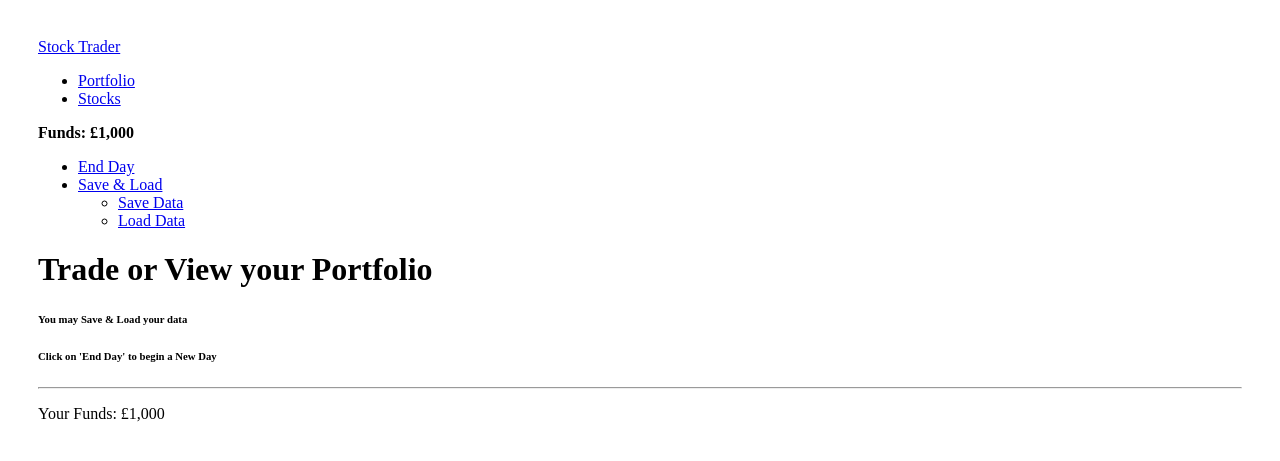
Repository: DaveBaulch/vue-course-stock-trader
Page: /
These files come from the project's save history. The page is drawn as it stood at one moment and after the next save; the edit follows.
The browser window is 1280 px wide. The pictures show the whole page.
The project was rebuilt for these pictures with package versions that can differ from the ones it lists, and the page was loaded fresh each time. Also part of the build but not shown: webpack.config.js, src/components/portfolio/Stock.vue, src/components/portfolio/Portfolio.vue, src/components/stocks/Stock.vue, src/components/stocks/Stocks.vue.

Above is the page before, as saved 2021-01-25 14:08:45.

### src/main.js
import Vue from 'vue';
import VueRouter from 'vue-router';
import App from './App.vue';
import { routes } from './routes';
import store from './store/store.js';

Vue.use(VueRouter);

Vue.filter('currency', (value) => {
  return '£' + value.toLocaleString();
});

const router = new VueRouter({
  mode: 'history',
  routes
});

new Vue({
  el: '#app',
  router,
  store,
  render: (h) => h(App)
});

### src/App.vue
<template>
  <div class="container">
    <app-header></app-header>
    <div class="row">
      <div class="col-xs-12">
        <transition name="slide" mode="out-in">
          <router-view></router-view>
        </transition>
      </div>
    </div>
  </div>
</template>

<script>
import Header from './components/Header.vue';
export default {
  components: {
    appHeader: Header
  },
  created() {
    this.$store.dispatch('initStocks');
  }
};
</script>

<style>
body {
  padding: 30px;
}

.slide-enter-active {
  animation: slide-in 200ms ease-out forwards;
}

.slide-leave-active {
  animation: slide-out 200ms ease-out forwards;
}

@keyframes slide-in {
  from {
    opacity: 0;
    transform: translateY(-30px);
  }
  to {
    opacity: 1;
    transform: translateY(0);
  }
}

@keyframes slide-out {
  from {
    opacity: 1;
    transform: translateY(0);
  }
  to {
    opacity: 0;
    transform: translateY(-30px);
  }
}
</style>

### src/routes.js
import Home from './components/Home.vue';
import Portfolio from './components/portfolio/Portfolio.vue';
import Stocks from './components/stocks/stocks.vue';

export const routes = [
  { path: '/', component: Home },
  { path: '/portfolio', component: Portfolio },
  { path: '/stocks', component: Stocks }
];

### src/store/store.js
import Vue from 'vue';
import Vuex from 'vuex';
import stocks from './modules/stocks.js';
import portfolio from './modules/portfolio.js';

Vue.use(Vuex);

const store = new Vuex.Store({
  modules: {
    stocks,
    portfolio
  }
});

export default store;

### src/components/Header.vue
<template>
  <nav class="navbar navbar-default">
    <div class="container-fluid">
      <div class="navbar-header">
        <router-link to="/" class="navbar-brand">Stock Trader</router-link>
      </div>

      <div class="collapse navbar-collapse">
        <ul class="nav navbar-nav">
          <router-link to="/portfolio" activeClass="active" tag="li"
            ><a>Portfolio</a></router-link
          >
          <router-link to="/stocks" activeClass="active" tag="li"
            ><a>Stocks</a></router-link
          >
        </ul>
        <strong class="navbar-text navbar-right"
          >Funds: {{ funds | currency }}</strong
        >

        <ul class="nav navbar-nav navbar-right">
          <li><a href="#" @click="endDay">End Day</a></li>
          <li class="dropdown" :class="{ open: isDropdownOpen }" @click="">
            <a
              href="#"
              class="dropdown-toggle"
              data-toggle="dropdown"
              role="button"
              aria-haspopup="true"
              aria-expanded="false"
              >Save & Load <span class="caret"></span
            ></a>
            <ul class="dropdown-menu">
              <li><a href="#">Save Data</a></li>
              <li><a href="#">Load Data</a></li>
            </ul>
          </li>
        </ul>
      </div>
      <!-- /.navbar-collapse -->
    </div>
    <!-- /.container-fluid -->
  </nav>
</template>

<script>
import { mapActions } from 'vuex';
export default {
  data() {
    return {
      isDropdownOpen: false
    };
  },
  computed: {
    funds() {
      return this.$store.getters.funds;
    }
  },
  methods: {
    ...mapActions(['randomizeStocks']),
    endDay() {
      this.randomizeStocks();
    }
  }
};
</script>

### src/components/Home.vue
<template>
  <div>
    <h1>Trade or View your Portfolio</h1>
    <h6>You may Save & Load your data</h6>
    <h6>Click on 'End Day' to begin a New Day</h6>
    <hr />
    <p>Your Funds: {{ funds | currency }}</p>
  </div>
</template>

<script>
export default {
  computed: {
    funds() {
      return this.$store.getters.funds;
    }
  }
};
</script>

### src/store/modules/stocks.js
import stocks from '../../data/stocks.js';

const state = {
  stocks: []
};

const mutations = {
  SET_STOCKS(state, stocks) {
    state.stocks = stocks;
  },
  RND_STOCKS(state) {
    state.stocks.forEach((stock) => {
      stock.price = Math.round(stock.price * (1 + Math.random() - 0.5));
    });
  }
};

const actions = {
  buyStock: ({ commit }, order) => {
    commit('BUY_STOCK', order);
  },
  initStocks: ({ commit }) => {
    commit('SET_STOCKS', stocks);
  },
  randomizeStocks: ({ commit }) => {
    commit('RND_STOCKS');
  }
};

const getters = {
  stocks: (state) => {
    return state.stocks;
  }
};

export default {
  state,
  mutations,
  actions,
  getters
};

### src/store/modules/portfolio.js
const state = {
  funds: 1000,
  stocks: []
};

const mutations = {
  BUY_STOCK(state, { stockId, quantity, stockPrice }) {
    const record = state.stocks.find((element) => element.id == stockId);
    if (record) {
      record.quantity += quantity;
    } else {
      state.stocks.push({
        id: stockId,
        quantity: quantity
      });
    }
    state.funds -= stockPrice * quantity;
  },
  SELL_STOCK(state, { stockId, quantity, stockPrice }) {
    const record = state.stocks.find((element) => element.id == stockId);
    if (record.quantity > quantity) {
      record.quantity -= quantity;
    } else {
      state.stocks.splice(state.stocks.indexOf(record)); // remove item from array
    }
    state.funds += stockPrice * quantity;
  }
};

const actions = {
  sellStock: ({ commit }, order) => {
    commit('SELL_STOCK', order);
  }
};

const getters = {
  stockPortfolio(state, getters) {
    return state.stocks.map((stock) => {
      const record = getters.stocks.find((element) => element.id == stock.id); //stocks getter in stocks module
      return {
        id: stock.id,
        quantity: stock.quantity,
        name: record.name,
        price: record.price
      };
    });
  },
  funds(state) {
    return state.funds;
  }
};

export default {
  state,
  mutations,
  actions,
  getters
};

### src/data/stocks.js
export default [
  { id: 1, name: 'BMW', price: 110 },
  { id: 2, name: 'Google', price: 200 },
  { id: 3, name: 'Apple', price: 250 },
  { id: 4, name: 'Twitter', price: 8 }
];

After the next save:
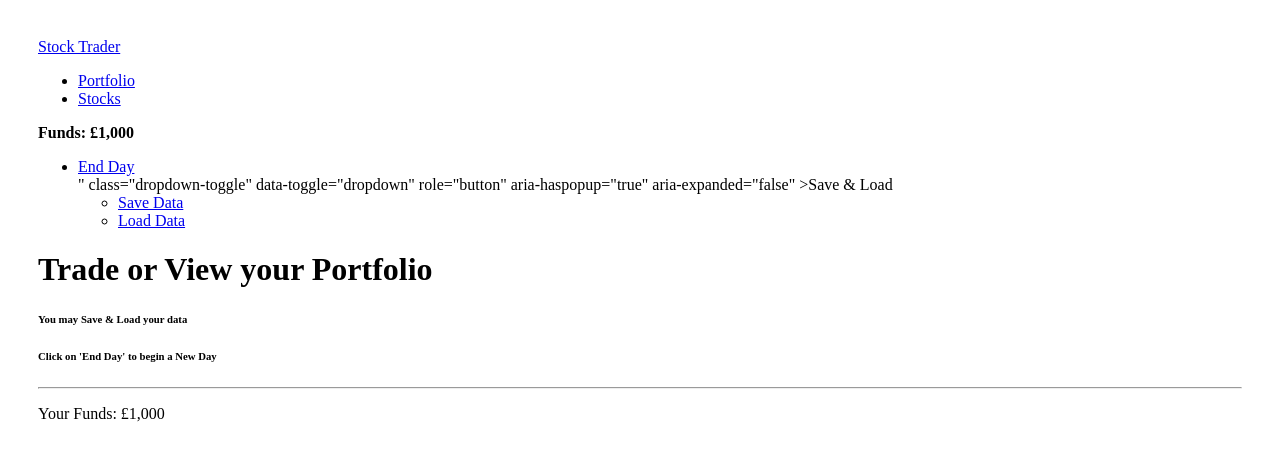
Saved 5 s later.
--- a/src/components/Header.vue
+++ b/src/components/Header.vue
@@ -20,7 +20,7 @@
 
         <ul class="nav navbar-nav navbar-right">
           <li><a href="#" @click="endDay">End Day</a></li>
-          <li class="dropdown" :class="{ open: isDropdownOpen }" @click="">
+          <li class="dropdown" :class="{ open: isDropdownOpen }" @click="isDropdownOpen = !isDropdownOpen>
             <a
               href="#"
               class="dropdown-toggle"

After the save that followed:
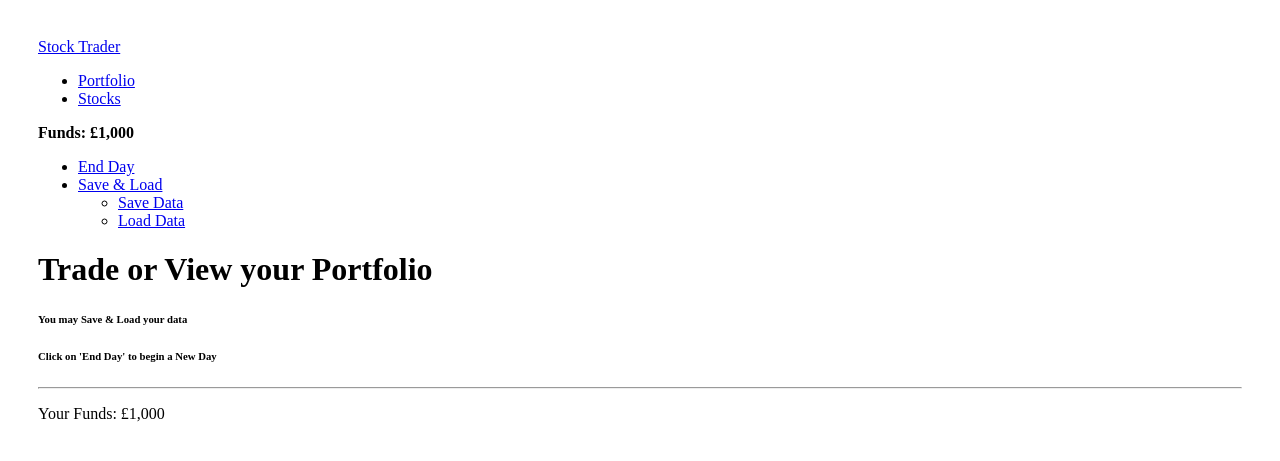
Saved 7 s later.
--- a/src/components/Header.vue
+++ b/src/components/Header.vue
@@ -20,7 +20,11 @@
 
         <ul class="nav navbar-nav navbar-right">
           <li><a href="#" @click="endDay">End Day</a></li>
-          <li class="dropdown" :class="{ open: isDropdownOpen }" @click="isDropdownOpen = !isDropdownOpen>
+          <li
+            class="dropdown"
+            :class="{ open: isDropdownOpen }"
+            @click="isDropdownOpen = !isDropdownOpen"
+          >
             <a
               href="#"
               class="dropdown-toggle"
